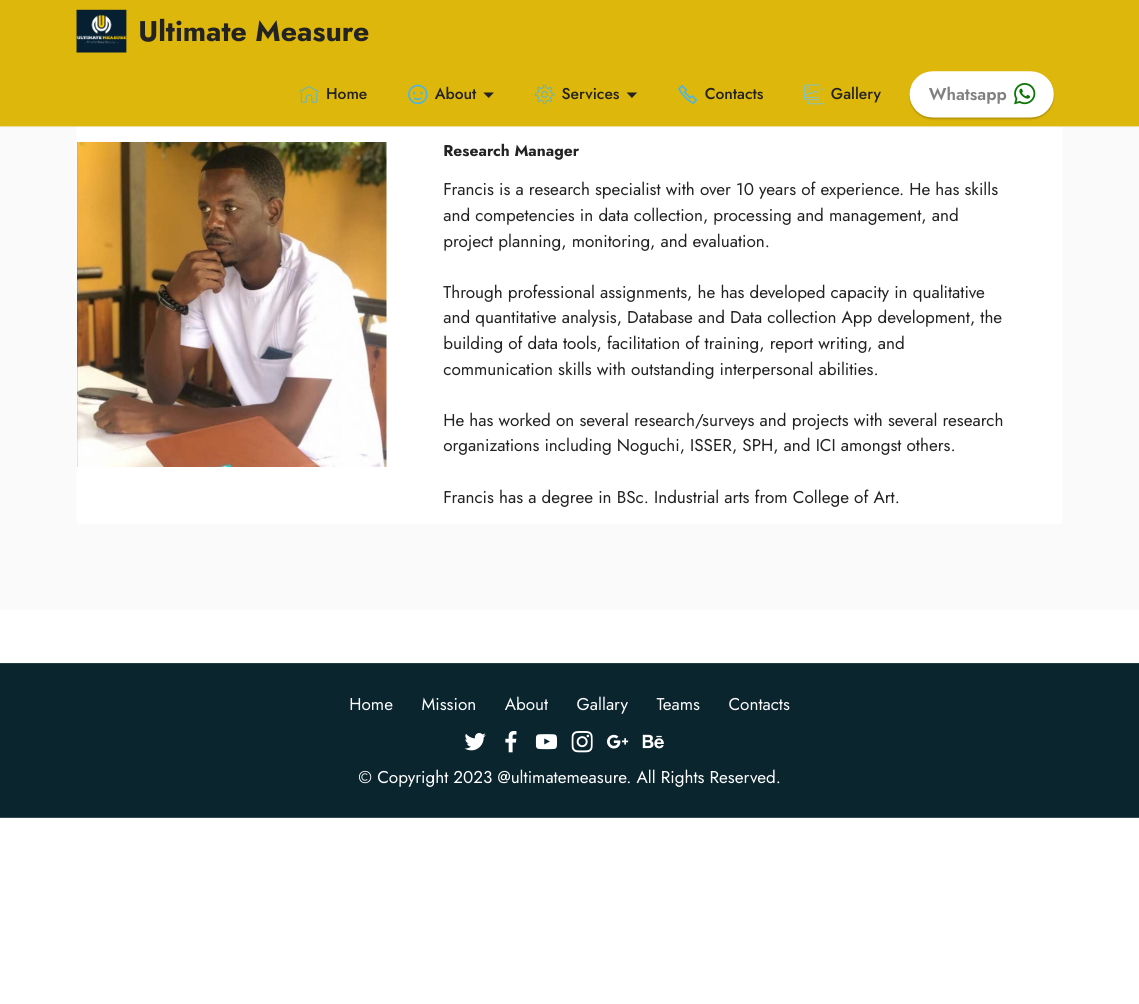
Repository: Saviour-Dagadu/ultMeasure
Page: page3.html
These files come from the project's save history. The page is drawn as it stood at one moment and after a run of saves; the edit follows.
The browser window is 1280 px wide. The pictures show the whole page, at 89% of full size.

Above is the page before, as saved 2023-07-19 03:41:34.

### page3.html
<!DOCTYPE html>
<html  >
<head>
  <!-- Site made with Mobirise Website Builder v5.6.13, https://mobirise.com -->
  <meta charset="UTF-8">
  <meta http-equiv="X-UA-Compatible" content="IE=edge">
  <meta name="generator" content="Mobirise v5.6.13, mobirise.com">
  <meta name="twitter:card" content="summary_large_image"/>
  <meta name="twitter:image:src" content="">
  <meta property="og:image" content="">
  <meta name="twitter:title" content="UltimateMeasure_Francis_Profile">
  <meta name="viewport" content="width=device-width, initial-scale=1, minimum-scale=1">
  <link rel="shortcut icon" href="assets/images/ultimate-logo-1.jpeg" type="image/x-icon">
  <meta name="description" content="">


  <title>UltimateMeasure_Francis_Profile</title>
  <link rel="stylesheet" href="assets/web/assets/mobirise-icons2/mobirise2.css">
  <link rel="stylesheet" href="assets/web/assets/mobirise-icons/mobirise-icons.css">
  <link rel="stylesheet" href="assets/bootstrap/css/bootstrap.min.css">
  <link rel="stylesheet" href="assets/bootstrap/css/bootstrap-grid.min.css">
  <link rel="stylesheet" href="assets/bootstrap/css/bootstrap-reboot.min.css">
  <link rel="stylesheet" href="assets/animatecss/animate.css">
  <link rel="stylesheet" href="assets/dropdown/css/style.css">
  <link rel="stylesheet" href="assets/socicon/css/styles.css">
  <link rel="stylesheet" href="assets/theme/css/style.css">
  <link rel="preload" href="https://fonts.googleapis.com/css?family=Jost:100,200,300,400,500,600,700,800,900,100i,200i,300i,400i,500i,600i,700i,800i,900i&display=swap" as="style" onload="this.onload=null;this.rel='stylesheet'">
  <noscript><link rel="stylesheet" href="https://fonts.googleapis.com/css?family=Jost:100,200,300,400,500,600,700,800,900,100i,200i,300i,400i,500i,600i,700i,800i,900i&display=swap"></noscript>
  <link rel="preload" as="style" href="assets/mobirise/css/mbr-additional.css"><link rel="stylesheet" href="assets/mobirise/css/mbr-additional.css" type="text/css">




</head>
<body>

  <section data-bs-version="5.1" class="team2 cid-twdhxx2w1r" xmlns="http://www.w3.org/1999/html" id="team2-b">




    <div class="container">
        <div class="card">
            <div class="card-wrapper">
                <div class="row align-items-center">
                    <div class="col-12 col-md-4">
                        <div class="image-wrapper">
                            <img src="assets/images/5a183644-2759-44f6-8364-9d7925e9172f.jpg" alt="Mobirise Website Builder">
                        </div>
                    </div>
                    <div class="col-12 col-md">
                        <div class="card-box">
                            <h5 class="card-title mbr-fonts-style m-0 mb-3 display-5"><strong>Francis Kwesi Frimpong Hazel</strong></h5>
                            <h6 class="card-subtitle mbr-fonts-style mb-3 display-4">
<div><strong>Research Manager</strong></div></h6>
                            <p class="mbr-text mbr-fonts-style display-7">Francis is a research specialist with over 10 years of experience. He has skills and competencies in data collection, processing and management, and project planning, monitoring, and evaluation.<br><br>Through professional assignments, he has developed capacity in qualitative and quantitative analysis, Database and Data collection App development, the building of data tools, facilitation of training, report writing, and communication skills with outstanding interpersonal abilities.<br><br>He has worked on several research/surveys and projects with several research organizations including Noguchi, ISSER, SPH, and ICI amongst others.<br><br>Francis has a degree in BSc. Industrial arts from College of Art.</p>

                        </div>
                    </div>
                </div>
            </div>
        </div>


    </div>
</section>

<section data-bs-version="5.1" class="menu menu2 cid-tyiJ5LKivl" once="menu" id="menu2-3p">

    <nav class="navbar navbar-dropdown navbar-fixed-top navbar-expand-lg">
        <div class="container">
            <div class="navbar-brand">
                <span class="navbar-logo">
                    <a href="index.html#header14-1f">
                        <img src="assets/images/ultimate-logo-1.jpeg" alt="Mobirise Website Builder" style="height: 3rem;">
                    </a>
                </span>
                <span class="navbar-caption-wrap"><a class="navbar-caption text-black text-primary display-5" href="index.html#header14-1f">Ultimate Measure<br></a></span>
            </div>
            <button class="navbar-toggler" type="button" data-toggle="collapse" data-bs-toggle="collapse" data-target="#navbarSupportedContent" data-bs-target="#navbarSupportedContent" aria-controls="navbarNavAltMarkup" aria-expanded="false" aria-label="Toggle navigation">
                <div class="hamburger">
                    <span></span>
                    <span></span>
                    <span></span>
                    <span></span>
                </div>
            </button>
            <div class="collapse navbar-collapse" id="navbarSupportedContent">
                <ul class="navbar-nav nav-dropdown" data-app-modern-menu="true"><li class="nav-item"><a class="nav-link link text-black text-primary display-4" href="index.html#header14-1f"><span class="mbri-home mbr-iconfont mbr-iconfont-btn" style="color: rgb(71, 181, 237);"></span>Home</a></li>
                    <li class="nav-item dropdown"><a class="nav-link link text-black dropdown-toggle display-4" href="index.html#header14-1j" data-toggle="dropdown-submenu" data-bs-toggle="dropdown" data-bs-auto-close="outside" aria-expanded="false"><span class="mobi-mbri mobi-mbri-smile-face mbr-iconfont mbr-iconfont-btn" style="color: rgb(71, 181, 237);"></span>About</a><div class="dropdown-menu" aria-labelledby="dropdown-980"><a class="text-black dropdown-item text-primary display-4" href="page10.html">About Us</a><a class="text-black show dropdown-item text-primary display-4" href="page12.html">Mission</a><a class="text-black dropdown-item text-primary display-4" href="page12.html">Vission</a><a class="text-black show dropdown-item text-primary display-4" href="page11.html">Our Team</a></div></li>
                    <li class="nav-item dropdown"><a class="nav-link link text-black text-primary dropdown-toggle display-4" href="page6.html" data-toggle="dropdown-submenu" data-bs-toggle="dropdown" data-bs-auto-close="outside" aria-expanded="false"><span class="mbri-setting3 mbr-iconfont mbr-iconfont-btn" style="color: rgb(71, 181, 237);"></span>Services</a><div class="dropdown-menu" aria-labelledby="dropdown-109"><a class="text-black text-primary show dropdown-item display-4" href="page6.html">Our Services</a><a class="text-black text-primary dropdown-item display-4" href="page13.html">Training</a><a class="text-black text-primary show dropdown-item display-4" href="page13.html">Research</a></div></li><li class="nav-item"><a class="nav-link link text-black text-primary display-4" href="page7.html"><span class="mobi-mbri mobi-mbri-phone mbr-iconfont mbr-iconfont-btn" style="color: rgb(71, 181, 237);"></span>Contacts</a></li><li class="nav-item"><a class="nav-link link text-black text-primary display-4" href="page9.html"><span class="mbri-photos mbr-iconfont mbr-iconfont-btn" style="color: rgb(110, 199, 242);"></span>Gallery</a></li></ul>

                <div class="navbar-buttons mbr-section-btn"><a class="btn btn-primary display-7" href="https://wa.me/233577313517"><span class="socicon socicon-whatsapp mbr-iconfont mbr-iconfont-btn" style="color: rgb(10, 119, 5);"></span>Whatsapp</a></div>
            </div>
        </div>
    </nav>
</section>

<section data-bs-version="5.1" class="footer3 cid-tyiUsSvvE8" once="footers" id="footer3-3x">





    <div class="container-fluid">
        <div class="row align-center mbr-white">
            <div class="row row-links">
                <ul class="foot-menu">





                <li class="foot-menu-item mbr-fonts-style display-7"><a href="index.html#header14-1f" class="text-white text-primary">Home</a></li><li class="foot-menu-item mbr-fonts-style display-7"><a href="page12.html" class="text-primary">Mission</a></li><li class="foot-menu-item mbr-fonts-style display-7"><a href="page10.html" class="text-white text-primary">About</a></li><li class="foot-menu-item mbr-fonts-style display-7"><a href="page9.html" class="text-primary">Gallary</a></li><li class="foot-menu-item mbr-fonts-style display-7"><a href="page11.html" class="text-white text-primary">Teams</a></li><li class="foot-menu-item mbr-fonts-style display-7"><a href="page7.html" class="text-white text-primary">Contacts</a></li></ul>
            </div>
            <div class="row social-row">
                <div class="social-list align-right pb-2">






                <div class="soc-item">
                        <a href="https://twitter.com/ultmeasure" target="_blank">
                            <span class="mbr-iconfont mbr-iconfont-social socicon-twitter socicon"></span>
                        </a>
                    </div><div class="soc-item">
                        <a href="https://www.facebook.com" target="_blank">
                            <span class="mbr-iconfont mbr-iconfont-social socicon-facebook socicon"></span>
                        </a>
                    </div><div class="soc-item">
                        <a href="https://www.youtube.com" target="_blank">
                            <span class="mbr-iconfont mbr-iconfont-social socicon-youtube socicon"></span>
                        </a>
                    </div><div class="soc-item">
                        <a href="https://instagram.com" target="_blank">
                            <span class="mbr-iconfont mbr-iconfont-social socicon-instagram socicon"></span>
                        </a>
                    </div><div class="soc-item">
                        <a href="https://plus.google.com" target="_blank">
                            <span class="mbr-iconfont mbr-iconfont-social socicon-googleplus socicon"></span>
                        </a>
                    </div><div class="soc-item">
                        <a href="https://www.behance.net" target="_blank">
                            <span class="mbr-iconfont mbr-iconfont-social socicon-behance socicon"></span>
                        </a>
                    </div></div>
            </div>
            <div class="row row-copirayt">
                <p class="mbr-text mb-0 mbr-fonts-style mbr-white align-center display-7">
                    © Copyright 2023 @ultimatemeasure. All Rights Reserved.
                </p>
            </div>
        </div>
    </div>
</section><section class="display-7" style="padding: 0;align-items: center;justify-content: center;flex-wrap: wrap;    align-content: center;display: flex;position: relative;height: 4rem;"><a href="https://mobiri.se/2735054" style="flex: 1 1;height: 4rem;position: absolute;width: 100%;z-index: 1;"><img alt="" style="height: 4rem;" src="data:[embedded picture, 82 characters]"></a><p style="margin: 0;text-align: center;" class="display-7">&#8204;</p><a style="z-index:1" href="https://mobirise.com/builder/easiest-website-builder.html"></a></section><script src="assets/bootstrap/js/bootstrap.bundle.min.js"></script>  <script src="assets/smoothscroll/smooth-scroll.js"></script>  <script src="assets/ytplayer/index.js"></script>  <script src="assets/dropdown/js/navbar-dropdown.js"></script>  <script src="assets/theme/js/script.js"></script>


  <input name="animation" type="hidden">
  </body>
</html>

### assets/web/assets/mobirise-icons/mobirise-icons.css
@font-face {
  font-family: 'MobiriseIcons';
  src:  url('mobirise-icons.eot?spat4u');
  src:  url('mobirise-icons.eot?spat4u#iefix') format('embedded-opentype'),
    url('mobirise-icons.ttf?spat4u') format('truetype'),
    url('mobirise-icons.woff?spat4u') format('woff'),
    url('mobirise-icons.svg?spat4u#MobiriseIcons') format('svg');
  font-weight: normal;
  font-style: normal;
  font-display: swap;
}

[class^="mbri-"], [class*=" mbri-"] {
  /* use !important to prevent issues with browser extensions that change fonts */
  font-family: MobiriseIcons !important;
  speak: none;
  font-style: normal;
  font-weight: normal;
  font-variant: normal;
  text-transform: none;
  line-height: 1;

  /* Better Font Rendering =========== */
  -webkit-font-smoothing: antialiased;
  -moz-osx-font-smoothing: grayscale;
}

.mbri-add-submenu:before {
  content: "\e900";
}
.mbri-alert:before {
  content: "\e901";
}
.mbri-align-center:before {
  content: "\e902";
}
.mbri-align-justify:before {
  content: "\e903";
}
.mbri-align-left:before {
  content: "\e904";
}
.mbri-align-right:before {
  content: "\e905";
}
.mbri-android:before {
  content: "\e906";
}
.mbri-apple:before {
  content: "\e907";
}
.mbri-arrow-down:before {
  content: "\e908";
}
.mbri-arrow-next:before {
  content: "\e909";
}
.mbri-arrow-prev:before {
  content: "\e90a";
}
.mbri-arrow-up:before {
  content: "\e90b";
}
.mbri-bold:before {
  content: "\e90c";
}
.mbri-bookmark:before {
  content: "\e90d";
}
.mbri-bootstrap:before {
  content: "\e90e";
}
.mbri-briefcase:before {
  content: "\e90f";
}
.mbri-browse:before {
  content: "\e910";
}
.mbri-bulleted-list:before {
  content: "\e911";
}
.mbri-calendar:before {
  content: "\e912";
}
.mbri-camera:before {
  content: "\e913";
}
.mbri-cart-add:before {
  content: "\e914";
}
.mbri-cart-full:before {
  content: "\e915";
}
.mbri-cash:before {
  content: "\e916";
}
.mbri-change-style:before {
  content: "\e917";
}
.mbri-chat:before {
  content: "\e918";
}
.mbri-clock:before {
  content: "\e919";
}
.mbri-close:before {
  content: "\e91a";
}
.mbri-cloud:before {
  content: "\e91b";
}
.mbri-code:before {
  content: "\e91c";
}
.mbri-contact-form:before {
  content: "\e91d";
}
.mbri-credit-card:before {
  content: "\e91e";
}
.mbri-cursor-click:before {
  content: "\e91f";
}
.mbri-cust-feedback:before {
  content: "\e920";
}
.mbri-database:before {
  content: "\e921";
}
.mbri-delivery:before {
  content: "\e922";
}
.mbri-desktop:before {
  content: "\e923";
}
.mbri-devices:before {
  content: "\e924";
}
.mbri-down:before {
  content: "\e925";
}
.mbri-download:before {
  content: "\e989";
}
.mbri-drag-n-drop:before {
  content: "\e927";
}
.mbri-drag-n-drop2:before {
  content: "\e928";
}
.mbri-edit:before {
  content: "\e929";
}
.mbri-edit2:before {
  content: "\e92a";
}
.mbri-error:before {
  content: "\e92b";
}
.mbri-extension:before {
  content: "\e92c";
}
.mbri-features:before {
  content: "\e92d";
}
.mbri-file:before {
  content: "\e92e";
}
.mbri-flag:before {
  content: "\e92f";
}
.mbri-folder:before {
  content: "\e930";
}
.mbri-gift:before {
  content: "\e931";
}
.mbri-github:before {
  content: "\e932";
}
.mbri-globe:before {
  content: "\e933";
}
.mbri-globe-2:before {
  content: "\e934";
}
.mbri-growing-chart:before {
  content: "\e935";
}
.mbri-hearth:before {
  content: "\e936";
}
.mbri-help:before {
  content: "\e937";
}
.mbri-home:before {
  content: "\e938";
}
.mbri-hot-cup:before {
  content: "\e939";
}
.mbri-idea:before {
  content: "\e93a";
}
.mbri-image-gallery:before {
  content: "\e93b";
}
.mbri-image-slider:before {
  content: "\e93c";
}
.mbri-info:before {
  content: "\e93d";
}
.mbri-italic:before {
  content: "\e93e";
}
.mbri-key:before {
  content: "\e93f";
}
.mbri-laptop:before {
  content: "\e940";
}
.mbri-layers:before {
  content: "\e941";
}
.mbri-left-right:before {
  content: "\e942";
}
.mbri-left:before {
  content: "\e943";
}
.mbri-letter:before {
  content: "\e944";
}
.mbri-like:before {
  content: "\e945";
}
.mbri-link:before {
  content: "\e946";
}
.mbri-lock:before {
  content: "\e947";
}
.mbri-login:before {
  content: "\e948";
}
.mbri-logout:before {
  content: "\e949";
}
.mbri-magic-stick:before {
  content: "\e94a";
}
.mbri-map-pin:before {
  content: "\e94b";
}
.mbri-menu:before {
  content: "\e94c";
}
.mbri-mobile:before {
  content: "\e94d";
}
.mbri-mobile2:before {
  content: "\e94e";
}
.mbri-mobirise:before {
  content: "\e94f";
}
.mbri-more-horizontal:before {
  content: "\e950";
}
.mbri-more-vertical:before {
  content: "\e951";
}
.mbri-music:before {
  content: "\e952";
}
.mbri-new-file:before {
  content: "\e953";
}
.mbri-numbered-list:before {
  content: "\e954";
}
.mbri-opened-folder:before {
  content: "\e955";
}
.mbri-pages:before {
  content: "\e956";
}
.mbri-paper-plane:before {
  content: "\e957";
}
.mbri-paperclip:before {
  content: "\e958";
}
.mbri-photo:before {
  content: "\e959";
}
.mbri-photos:before {
  content: "\e95a";
}
.mbri-pin:before {
  content: "\e95b";
}
.mbri-play:before {
  content: "\e95c";
}
.mbri-plus:before {
  content: "\e95d";
}
.mbri-preview:before {
  content: "\e95e";
}
.mbri-print:before {
  content: "\e95f";
}
.mbri-protect:before {
  content: "\e960";
}
.mbri-question:before {
  content: "\e961";
}
.mbri-quote-left:before {
  content: "\e962";
}
.mbri-quote-right:before {
  content: "\e963";
}
.mbri-refresh:before {
  content: "\e964";
}
.mbri-responsive:before {
  content: "\e965";
}
.mbri-right:before {
  content: "\e966";
}
.mbri-rocket:before {
  content: "\e967";
}
.mbri-sad-face:before {
  content: "\e968";
}
.mbri-sale:before {
  content: "\e969";
}
.mbri-save:before {
  content: "\e96a";
}
.mbri-search:before {
  content: "\e96b";
}
.mbri-setting:before {
  content: "\e96c";
}
.mbri-setting2:before {
  content: "\e96d";
}
.mbri-setting3:before {
  content: "\e96e";
}
.mbri-share:before {
  content: "\e96f";
}
.mbri-shopping-bag:before {
  content: "\e970";
}
.mbri-shopping-basket:before {
  content: "\e971";
}
.mbri-shopping-cart:before {
  content: "\e972";
}
.mbri-sites:before {
  content: "\e973";
}
.mbri-smile-face:before {
  content: "\e974";
}
.mbri-speed:before {
  content: "\e975";
}
.mbri-star:before {
  content: "\e976";
}
.mbri-success:before {
  content: "\e977";
}
.mbri-sun:before {
  content: "\e978";
}
.mbri-sun2:before {
  content: "\e979";
}
.mbri-tablet:before {
  content: "\e97a";
}
.mbri-tablet-vertical:before {
  content: "\e97b";
}
.mbri-target:before {
  content: "\e97c";
}
.mbri-timer:before {
  content: "\e97d";
}
.mbri-to-ftp:before {
  content: "\e97e";
}
.mbri-to-local-drive:before {
  content: "\e97f";
}
.mbri-touch-swipe:before {
  content: "\e980";
}
.mbri-touch:before {
  content: "\e981";
}
.mbri-trash:before {
  content: "\e982";
}
.mbri-underline:before {
  content: "\e983";
}
.mbri-unlink:before {
  content: "\e984";
}
.mbri-unlock:before {
  content: "\e985";
}
.mbri-up-down:before {
  content: "\e986";
}
.mbri-up:before {
  content: "\e987";
}
.mbri-update:before {
  content: "\e988";
}
.mbri-upload:before {
 content: "\e926";
}
.mbri-user:before {
  content: "\e98a";
}
.mbri-user2:before {
  content: "\e98b";
}
.mbri-users:before {
  content: "\e98c";
}
.mbri-video:before {
  content: "\e98d";
}
.mbri-video-play:before {
  content: "\e98e";
}
.mbri-watch:before {
  content: "\e98f";
}
.mbri-website-theme:before {
  content: "\e990";
}
.mbri-wifi:before {
  content: "\e991";
}
.mbri-windows:before {
  content: "\e992";
}
.mbri-zoom-out:before {
  content: "\e993";
}
.mbri-redo:before {
  content: "\e994";
}
.mbri-undo:before {
  content: "\e995";
}

Loaded but not shown: assets/bootstrap/css/bootstrap.min.css (library); assets/bootstrap/css/bootstrap-grid.min.css (library); assets/bootstrap/css/bootstrap-reboot.min.css (library); assets/animatecss/animate.css (library); assets/mobirise/css/mbr-additional.css (library); assets/bootstrap/js/bootstrap.bundle.min.js (library); assets/smoothscroll/smooth-scroll.js (library); assets/ytplayer/index.js (library); assets/theme/js/script.js (library); assets/dropdown/js/navbar-dropdown.js (7 lines, source omitted); assets/socicon/css/styles.css (934 lines, source omitted); assets/theme/css/style.css (961 lines, source omitted); assets/web/assets/mobirise-icons2/mobirise2.css (498 lines, source omitted); assets/dropdown/css/style.css (263 lines, source omitted)

After the next 2 saves:
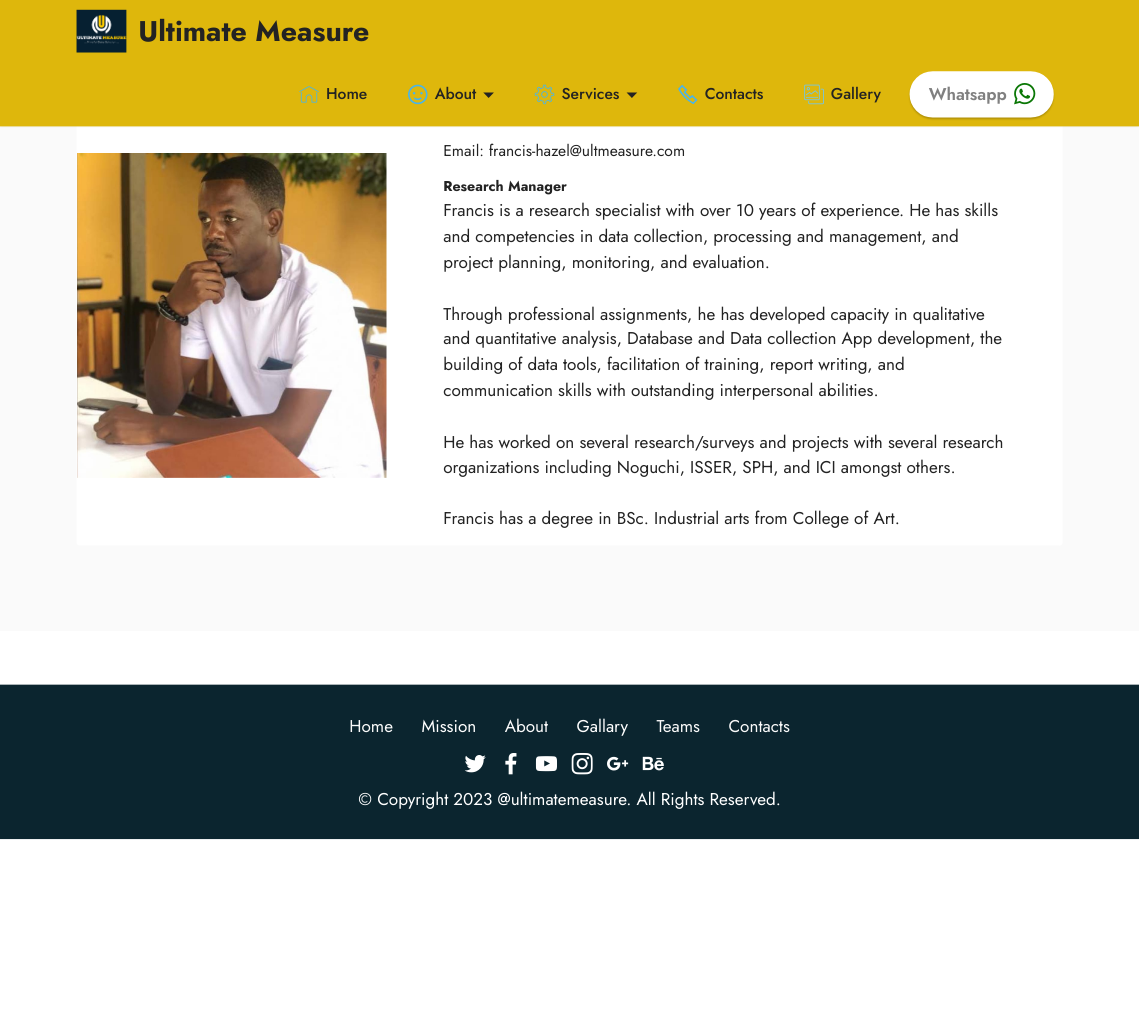
The 2 saves are shown as one change because they came seconds apart.
The last was saved 94 s later.
--- a/page3.html
+++ b/page3.html
@@ -51,7 +51,7 @@
                     <div class="col-12 col-md">
                         <div class="card-box">
                             <h5 class="card-title mbr-fonts-style m-0 mb-3 display-5"><strong>Francis Kwesi Frimpong Hazel</strong></h5>
-                            <h6 class="card-subtitle mbr-fonts-style mb-3 display-4">
+                            <h6 class="card-subtitle mbr-fonts-style mb-3 display-4">Email: francis-hazel@ultmeasure.com</h6>
 <div><strong>Research Manager</strong></div></h6>
                             <p class="mbr-text mbr-fonts-style display-7">Francis is a research specialist with over 10 years of experience. He has skills and competencies in data collection, processing and management, and project planning, monitoring, and evaluation.<br><br>Through professional assignments, he has developed capacity in qualitative and quantitative analysis, Database and Data collection App development, the building of data tools, facilitation of training, report writing, and communication skills with outstanding interpersonal abilities.<br><br>He has worked on several research/surveys and projects with several research organizations including Noguchi, ISSER, SPH, and ICI amongst others.<br><br>Francis has a degree in BSc. Industrial arts from College of Art.</p>
 
